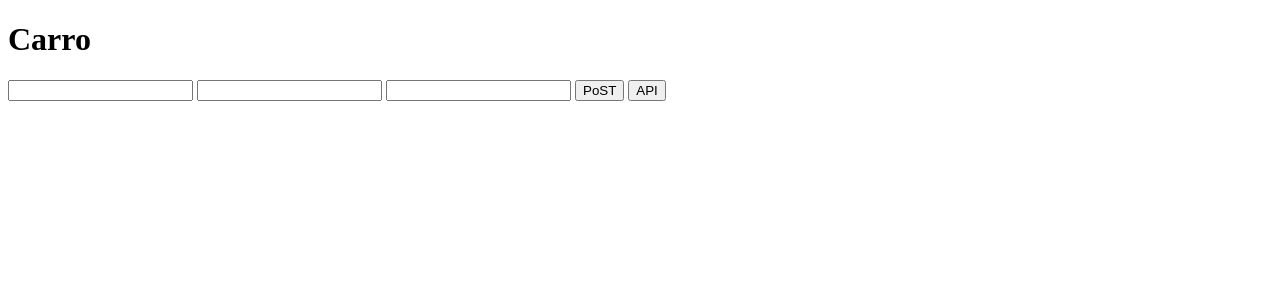
Repository: KennedyWanderson/applying-API
Page: index.html
An editor plug-in stored every save of this project. The page is shown before and after the next save, followed by the edit.
The browser window is 1280 px wide. The pictures show the whole page.

Above is the page before, as saved 2024-02-29 15:46:09.

### index.html
    <!DOCTYPE html>
    <html lang="en">
    <head>
        <meta charset="UTF-8">
        <meta name="viewport" content="width=device-width, initial-scale=1.0">
        <title>Document</title>
    </head>

    <style>
        .carros{
            display: flex;
            justify-content: center;
            align-items: center;
            flex-direction: column;
        }
    </style>
    <body>
        <h1>Carro</h1>
        <div class="carros" id="carros"></div>
            <input type="text" id="post">
            <input type="text" id="post">
            <input type="text" id="link">
            <button onclick="postData()">PoST</button>
            <button onclick="Get()">API</button>
    </body>
        <script src="./index.js"></script>
    </html>

### index.js


function Teste(){
    console.log("Hello World!!!!")
}

function createNode(element) {
    return document.createElement(element);
}

function append(parent, el) {
  return parent.appendChild(el);
}

function Get() {
    const url = 'https://apigenerator.dronahq.com/api/J4WXW45N/data';

    fetch(url)
    .then((resp) => resp.json())
    .then((data) =>  {

            data.map(function(carro){
                let div = createNode('div');
                let span = createNode('span');
                span.innerHTML = `${carro.Marca} ${carro.Modelo} ${carro.Categoria}`;
                append(div, span);
                append(document.getElementById('carros'), div);
            });
    })
    .catch(function(error){
        console.log('Erro na requisição:', error);
    });
}

async function postData() {
  const marcaInput = document.getElementById('marca').value.trim();
  const modeloInput = document.getElementById('modelo').value.trim();
  const categoriaInput = document.getElementById('categoria').value.trim();

  const data = { Marca: marcaInput, Modelo: modeloInput, Categoria: categoriaInput };

  try {
      const response = await fetch('https://apigenerator.dronahq.com/api/J4WXW45N/data', {
          method: 'POST',
          headers: {
              'Content-Type': 'application/json'
          },
          body: JSON.stringify(data)
      });

      if (!response.ok) {
          throw new Error('Erro ao enviar os dados');
      }

      console.log('Dados enviados com sucesso!');
  } catch (error) {
      console.error('Erro ao enviar os dados:', error);
  }
}

async function Get() {
  const url = 'https://apigenerator.dronahq.com/api/J4WXW45N/data';

  try {
      const response = await fetch(url);

      if (!response.ok) {
          throw new Error('Erro ao buscar os dados');
      }

      const data = await response.json();

      const carrosDiv = document.getElementById('carros');
      carrosDiv.innerHTML = ''; // Limpa o conteúdo atual

      data.forEach(carro => {
          const div = document.createElement('div');
          div.textContent = `${carro.Marca} ${carro.Modelo} ${carro.Categoria}`;
          carrosDiv.appendChild(div);
      });
  } catch (error) {
      console.error('Erro na requisição:', error);
  }
}

After the next save:
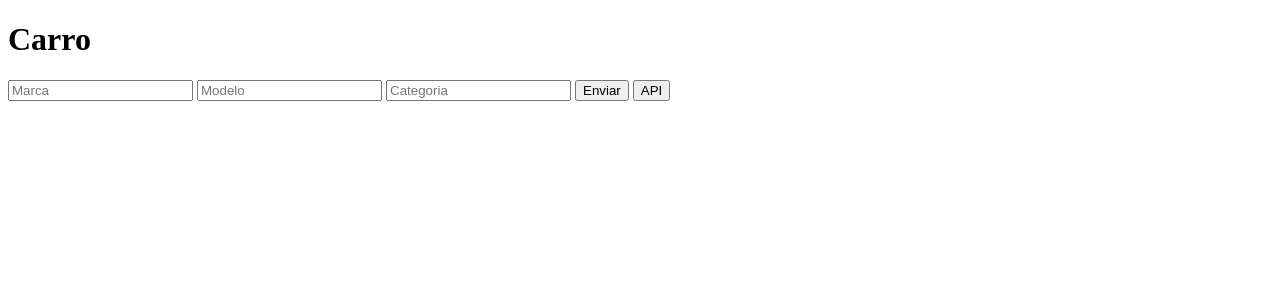
Saved 2 min 3 s later.
--- a/index.html
+++ b/index.html
@@ -1,27 +1,27 @@
-    <!DOCTYPE html>
-    <html lang="en">
-    <head>
-        <meta charset="UTF-8">
-        <meta name="viewport" content="width=device-width, initial-scale=1.0">
-        <title>Document</title>
-    </head>
+<!DOCTYPE html>
+<html lang="en">
+<head>
+    <meta charset="UTF-8">
+    <meta name="viewport" content="width=device-width, initial-scale=1.0">
+    <title>Document</title>
+</head>
 
-    <style>
-        .carros{
-            display: flex;
-            justify-content: center;
-            align-items: center;
-            flex-direction: column;
-        }
-    </style>
-    <body>
-        <h1>Carro</h1>
-        <div class="carros" id="carros"></div>
-            <input type="text" id="post">
-            <input type="text" id="post">
-            <input type="text" id="link">
-            <button onclick="postData()">PoST</button>
-            <button onclick="Get()">API</button>
-    </body>
-        <script src="./index.js"></script>
-    </html>
+<style>
+    .carros{
+        display: flex;
+        justify-content: center;
+        align-items: center;
+        flex-direction: column;
+    }
+</style>
+<body>
+    <h1>Carro</h1>
+    <div class="carros" id="carros"></div>
+    <input type="text" id="marca" placeholder="Marca"> <!-- Corrigido o ID -->
+    <input type="text" id="modelo" placeholder="Modelo"> <!-- Corrigido o ID -->
+    <input type="text" id="categoria" placeholder="Categoria"> <!-- Corrigido o ID -->
+    <button onclick="postData()">Enviar</button> <!-- Corrigido o nome da função -->
+    <button onclick="Get()">API</button>
+</body>
+<script src="./index.js"></script>
+</html>
